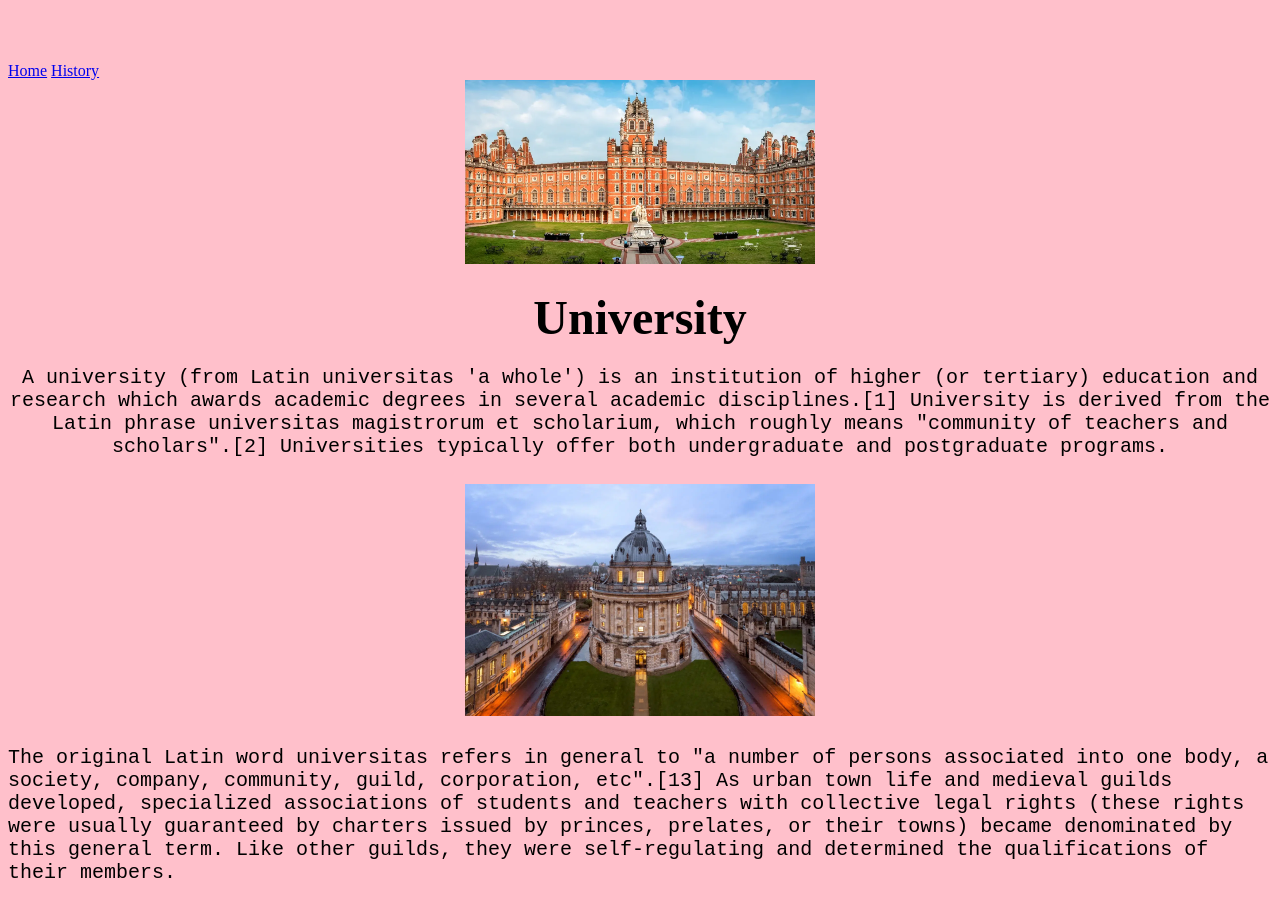
Repository: Haakim19/WebDevelopment
Page: Assignment/Index.html
An editor plug-in stored every save of this project. The page is shown before and after the next save, followed by the edit.
The browser window is 1280 px wide. The pictures show the whole page.

Above is the page before, as saved 2024-10-10 15:33:37.

### Assignment/Index.html
<!DOCTYPE html>
<html lang="en">
<head>
    <meta charset="UTF-8">
    <meta name="viewport" content="width=device-width, initial-scale=1.0">
    <title>Home</title>
</head>
<body bgcolor="pink">
    <br><br><br>
    <a href="Index.html">Home</a>
    <a href="history.html">History</a>
    <center>
        <img src="campus.webp" width="350px">
        <h1><font face="algerian" size="10px">University</font></h1>
        <p><font face="MonoSpace" size="5px" >A university (from Latin universitas 'a whole') is an institution of
            higher (or tertiary) education and research which awards academic
            degrees in several academic disciplines.[1] University is derived from
            the Latin phrase universitas magistrorum et scholarium, which
            roughly means "community of teachers and scholars".[2] Universities
            typically offer both undergraduate and postgraduate programs.</font></p>
    <hr color="pink">
            <img src="most-beautiful-campuses-oxford-university.webp" width="350px">
    <hr color="pink">
            <p align="left"><font face="MonoSpace" size="5px">The original Latin word universitas refers in general to "a number of persons associated
                into one body, a society, company, community, guild, corporation, etc".[13] As urban
                town life and medieval guilds developed, specialized associations of students and
                teachers with collective legal rights (these rights were usually guaranteed by charters
                issued by princes, prelates, or their towns) became denominated by this general term.
                Like other guilds, they were self-regulating and determined the qualifications of their
                members.</font></p>

    </center>
</body>
</html>

After the next save:
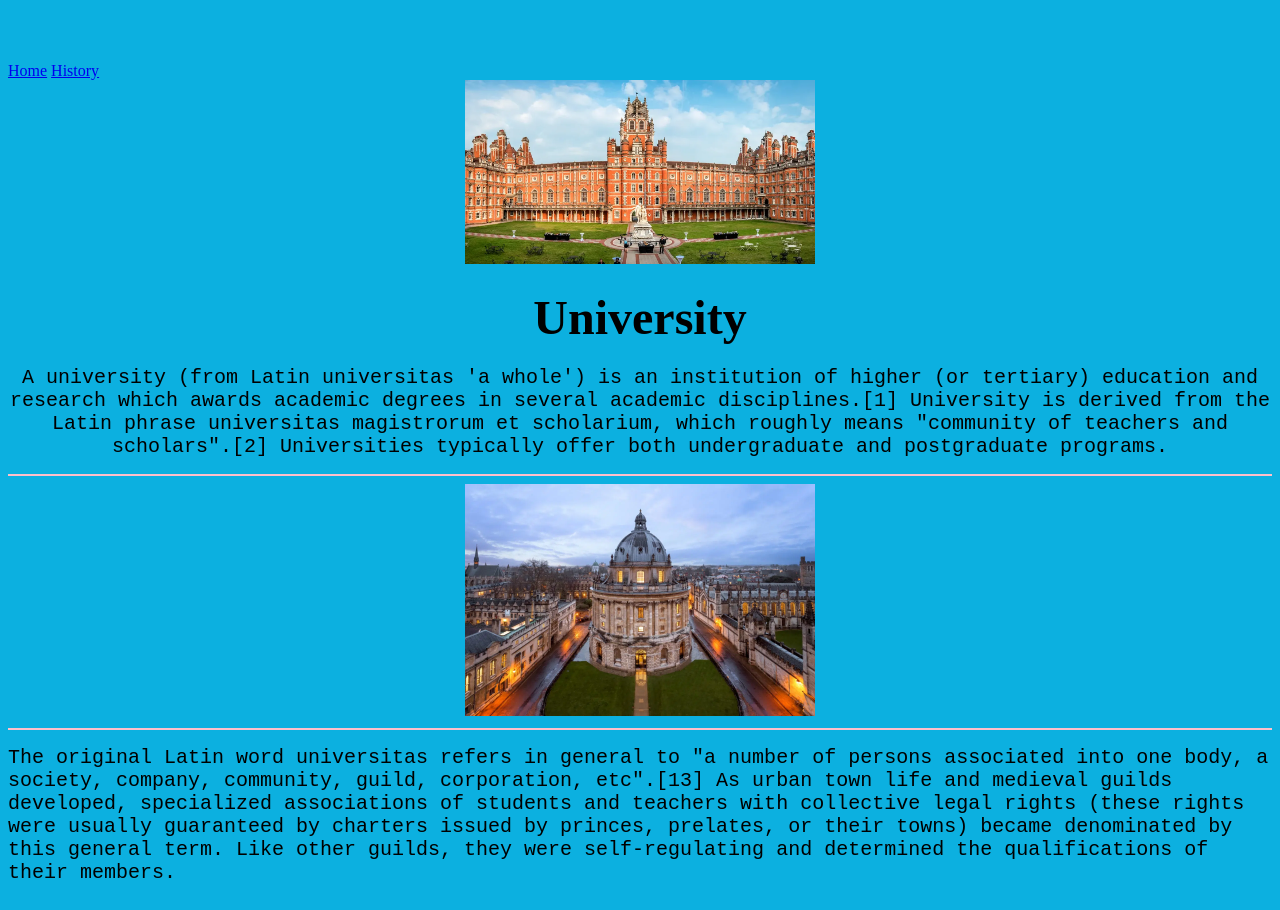
Saved 14 s later.
--- a/Assignment/Index.html
+++ b/Assignment/Index.html
@@ -5,7 +5,7 @@
     <meta name="viewport" content="width=device-width, initial-scale=1.0">
     <title>Home</title>
 </head>
-<body bgcolor="pink">
+<body bgcolor="iceblue">
     <br><br><br>
     <a href="Index.html">Home</a>
     <a href="history.html">History</a>
